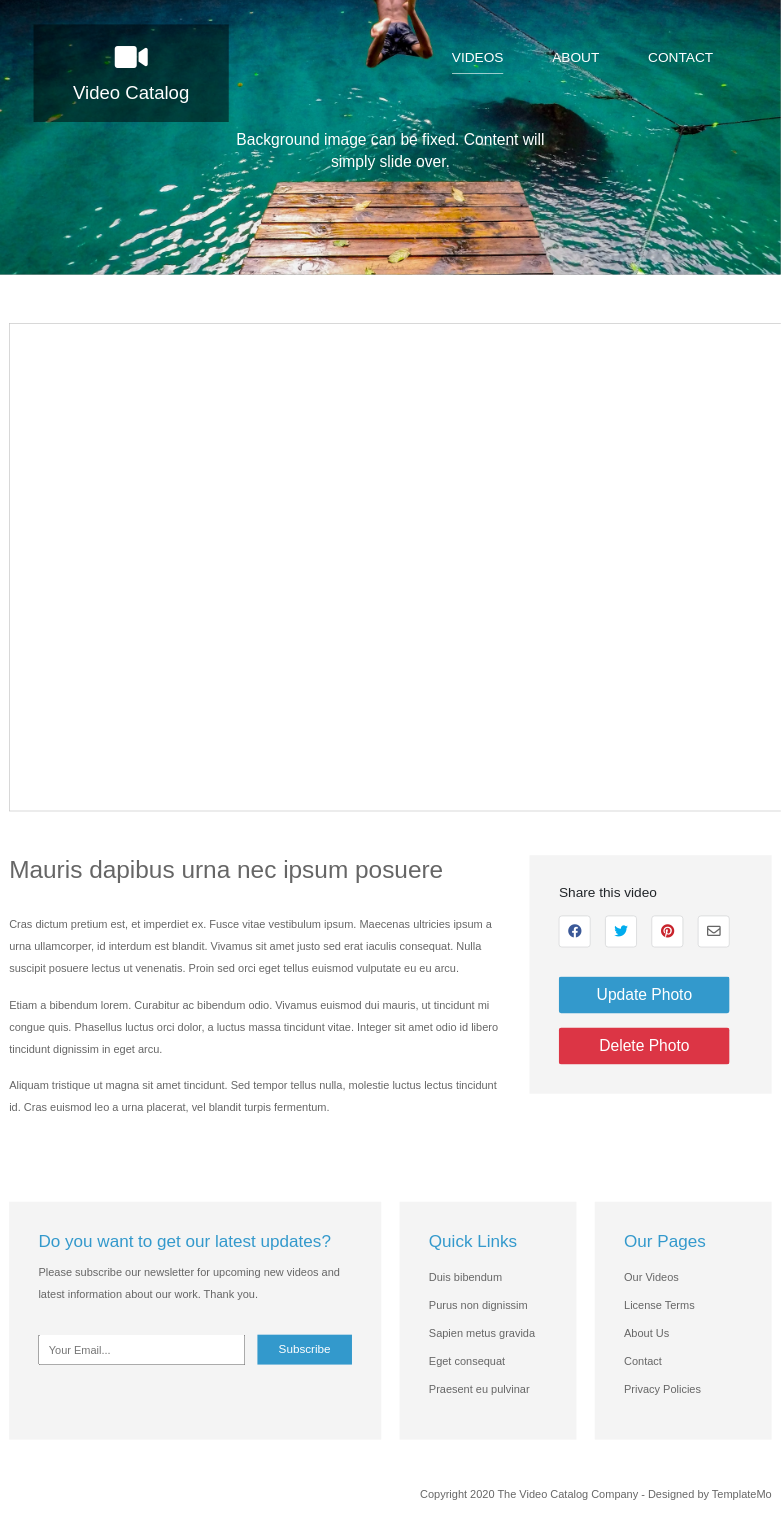
Repository: Marhamat92/PCAT-project-with-node-backend
Page: http://localhost/photo
These files come from the project's save history. The page is drawn as it stood at one moment and after the next save; the edit follows.
The browser window is 1280 px wide. The pictures show the whole page, at 61% of full size.
Backgrounds fixed to the window are drawn as part of the page. Some web fonts or font styles are not loaded; a fallback is used. The page is served by the project's Node server (app.js). Other server files are loaded and not shown.

Above is the page before, as saved 2023-02-21 19:44:53.

### views/photo.ejs
<%- include('partials/_header') %>

	<body>
		<div class="tm-page-wrap mx-auto">
			<div class="position-relative">
				<div class="potition-absolute tm-site-header">
					<div class="container-fluid position-relative">
						<div class="row">
							<div class="col-7 col-md-4">
								<a href="index.html" class="tm-bg-black text-center tm-logo-container">
									<i class="fas fa-video tm-site-logo mb-3"></i>
									<h1 class="tm-site-name">Video Catalog</h1>
								</a>
							</div>
							<div class="col-5 col-md-8 ml-auto mr-0">
								<div class="tm-site-nav">
									<nav class="navbar navbar-expand-lg mr-0 ml-auto" id="tm-main-nav">
										<button class="navbar-toggler tm-bg-black py-2 px-3 mr-0 ml-auto collapsed" type="button"
											data-toggle="collapse" data-target="#navbar-nav" aria-controls="navbar-nav" aria-expanded="false"
											aria-label="Toggle navigation">
											<span>
												<i class="fas fa-bars tm-menu-closed-icon"></i>
												<i class="fas fa-times tm-menu-opened-icon"></i>
											</span>
										</button>
										<div class="collapse navbar-collapse tm-nav" id="navbar-nav">
											<ul class="navbar-nav text-uppercase">
												<li class="nav-item active">
													<a class="nav-link tm-nav-link" href="index.html">Videos <span
															class="sr-only">(current)</span></a>
												</li>
												<li class="nav-item">
													<a class="nav-link tm-nav-link" href="about.html">About</a>
												</li>
												<li class="nav-item">
													<a class="nav-link tm-nav-link" href="contact.html">Contact</a>
												</li>
											</ul>
										</div>
									</nav>
								</div>
							</div>
						</div>
					</div>
				</div>
				<div class="tm-welcome-container tm-fixed-header tm-fixed-header-1">
					<div class="text-center">
						<p class="pt-5 px-3 tm-welcome-text tm-welcome-text-2 mb-1 text-white mx-auto">Background image can be
							fixed.
							Content will simply slide over.</p>
					</div>
				</div>

				<!-- Header image -->
				<div id="tm-fixed-header-bg"></div>
			</div>

			<!-- Page content -->
			<div class="container-fluid">
				<div class="mx-auto tm-content-container">
					<main>
						<div class="row mb-5 pb-4">
							<div class="col-12">
								<!-- Video player 1422x800 -->
								<img src="

							" width="1422" height="800" />


							</div>
						</div>
						<div class="row mb-5 pb-5">
							<div class="col-xl-8 col-lg-7">
								<!-- Video description -->
								<div class="tm-video-description-box">
									<h2 class="mb-5 tm-video-title">Mauris dapibus urna nec ipsum posuere</h2>
									<p class="mb-4">Cras dictum pretium est, et imperdiet ex. Fusce vitae vestibulum ipsum. Maecenas
										ultricies ipsum a urna ullamcorper, id interdum est blandit. Vivamus sit amet justo sed erat iaculis
										consequat. Nulla suscipit posuere lectus ut venenatis. Proin sed orci eget tellus euismod vulputate
										eu
										eu arcu.</p>
									<p class="mb-4">Etiam a bibendum lorem. Curabitur ac bibendum odio. Vivamus euismod dui mauris, ut
										tincidunt mi congue quis. Phasellus luctus orci dolor, a luctus massa tincidunt vitae. Integer sit
										amet odio id libero tincidunt dignissim in eget arcu.</p>
									<p class="mb-4">Aliquam tristique ut magna sit amet tincidunt. Sed tempor tellus nulla, molestie
										luctus
										lectus tincidunt id. Cras euismod leo a urna placerat, vel blandit turpis fermentum.</p>
								</div>
							</div>
							<div class="col-xl-4 col-lg-5">
								<!-- Share box -->
								<div class="tm-bg-gray tm-share-box">
									<h6 class="tm-share-box-title mb-4">Share this video</h6>
									<div class="mb-5 d-flex">
										<a href="" class="tm-bg-white tm-share-button"><i class="fab fa-facebook"></i></a>
										<a href="" class="tm-bg-white tm-share-button"><i class="fab fa-twitter"></i></a>
										<a href="" class="tm-bg-white tm-share-button"><i class="fab fa-pinterest"></i></a>
										<a href="" class="tm-bg-white tm-share-button"><i class="far fa-envelope"></i></a>
									</div>

									<div>
										<button class="btn btn-primary p-0 tm-btn-animate tm-btn-download tm-icon-download"><span>Update
												Photo</span></button>
										<button class="btn btn-danger p-0 mt-4 tm-btn-animate tm-btn-download tm-icon-download"><span>Delete
												Photo</span></button>
									</div>

								</div>
							</div>
						</div>

					</main>

					<!-- Subscribe form and footer links -->
					<div class="row mt-5 pt-3">
						<div class="col-xl-6 col-lg-12 mb-4">
							<div class="tm-bg-gray p-5 h-100">
								<h3 class="tm-text-primary mb-3">Do you want to get our latest updates?</h3>
								<p class="mb-5">Please subscribe our newsletter for upcoming new videos and latest information about our
									work. Thank you.</p>
								<form action="" method="GET" class="tm-subscribe-form">
									<input type="text" name="email" placeholder="Your Email..." required>
									<button type="submit" class="btn rounded-0 btn-primary tm-btn-small">Subscribe</button>
								</form>
							</div>
						</div>
						<div class="col-xl-3 col-lg-6 col-md-6 col-sm-6 col-12 mb-4">
							<div class="p-5 tm-bg-gray">
								<h3 class="tm-text-primary mb-4">Quick Links</h3>
								<ul class="list-unstyled tm-footer-links">
									<li><a href="#">Duis bibendum</a></li>
									<li><a href="#">Purus non dignissim</a></li>
									<li><a href="#">Sapien metus gravida</a></li>
									<li><a href="#">Eget consequat</a></li>
									<li><a href="#">Praesent eu pulvinar</a></li>
								</ul>
							</div>
						</div>
						<div class="col-xl-3 col-lg-6 col-md-6 col-sm-6 col-12 mb-4">
							<div class="p-5 tm-bg-gray h-100">
								<h3 class="tm-text-primary mb-4">Our Pages</h3>
								<ul class="list-unstyled tm-footer-links">
									<li><a href="#">Our Videos</a></li>
									<li><a href="#">License Terms</a></li>
									<li><a href="#">About Us</a></li>
									<li><a href="#">Contact</a></li>
									<li><a href="#">Privacy Policies</a></li>
								</ul>
							</div>
						</div>
					</div> <!-- row -->

					<footer class="row pt-5">
						<div class="col-12">
							<p class="text-right">Copyright 2020 The Video Catalog Company

								- Designed by <a href="https://templatemo.com" rel="nofollow" target="_parent">TemplateMo</a></p>
						</div>
					</footer>
				</div> <!-- .tm-content-container -->
			</div>
		</div>

		<script src="js/jquery-3.4.1.min.js"></script>
		<script src="js/bootstrap.min.js"></script>
		<script>
			$(document).ready(function () {
				$('.tm-likes-box').click(function (e) {
					e.preventDefault();
					$(this).toggleClass('tm-liked');

					if ($(this).hasClass('tm-liked')) {
						$('#tm-likes-count').html('486 likes');
					} else {
						$('#tm-likes-count').html('485 likes');
					}
				});
			});
		</script>
	</body>

	</html>

### views/partials/_header.ejs
<!DOCTYPE html>
<html lang="en">

<head>
  <meta charset="UTF-8">
  <meta name="viewport" content="width=device-width, initial-scale=1.0">
  <title>Video Catalog</title>
  <link rel="stylesheet" href="fontawesome/css/all.min.css"> <!-- https://fontawesome.com/ -->
  <link href="https://fonts.googleapis.com/css2?family=Source+Sans+Pro&display=swap" rel="stylesheet">
  <!-- https://fonts.google.com/ -->
  <link rel="stylesheet" href="css/bootstrap.min.css">
  <link rel="stylesheet" href="css/templatemo-video-catalog.css">
  <!--

TemplateMo 552 Video Catalog

https://templatemo.com/tm-552-video-catalog

-->
</head>

### public/css/templatemo-video-catalog.css
/*

TemplateMo 552 Video Catalog

https://templatemo.com/tm-552-video-catalog

*/

html { scroll-behavior: smooth; overflow-x: hidden; }

body {
    margin: 0;
    padding: 0;
    font-family: 'Source Sans Pro', sans-serif;
    font-size: 18px;
    line-height: 2em;
    overflow-x: hidden;
}

a {
    transition: all 0.3s ease;
    color: #666;
}

a:hover {
    color: #29BBCC;
    text-decoration: none;
}

h2, p { color: #666666; }

.tm-site-header {
    position: absolute;
    z-index: 1000;
    width: 100%;
    top: 0;
    left: 0;
    padding: 40px;
}

.tm-logo-container {
    display: block;
    padding: 30px;
    width: 320px;
    height: 160px;
}

.tm-site-logo { font-size: 3rem; }
.tm-site-name { font-size: 1.9rem; }

#tm-video-container {
    max-height: 720px;
    overflow: hidden;
    background-color: #333;
}

#tm-video {
    width: 100%;
    height: auto;
}

.tm-bg-black {
    background-color: rgba(0,0,0,0.5);
    color: white;
}

.tm-bg-gray { background-color: #F4F4F4; }
.tm-text-primary { color: #3399CC; }
.tm-text-secondary { color: #3CAFAF; }

.tm-nav-link {
    color: white;
    font-size: 1.4rem;
}

#tm-main-nav .nav-item .nav-link { border-bottom: 1px solid transparent; }

#tm-main-nav .nav-item.active .nav-link,
#tm-main-nav .nav-item:hover .nav-link {
    border-bottom: 1px solid white;
    color: white;
}

.tm-welcome-container {
    position: absolute;
    width: 100%;
    height: 100%;
    display: flex;
    justify-content: center;
    flex-direction: column;
    z-index: 999;
}

.tm-welcome-container-inner { margin-top: 100px; }
.tm-welcome-text { font-size: 1.6rem; }

.btn {
    padding: 15px 60px;
    font-size: 1.6rem;
    border: none;
    cursor: pointer;
}

.btn-primary { background-color: #3399CC; }
.btn-primary:hover { background-color: #1674a0; }

/*
    Button hover effect: https://tympanus.net/Development/CreativeButtons/
*/

.tm-btn-animate {
    position: relative;
    overflow: hidden;
    -webkit-backface-visibility: hidden;
    -moz-backface-visibility: hidden;
    backface-visibility: hidden;
    transition: all 0.3s ease;
}

.tm-btn-animate:before {
    left: 0;
    top: -100%;
    position: absolute;
    height: 100%;
    width: 100%;
    line-height: 2.5;
    -webkit-transition: all 0.3s;
    -moz-transition: all 0.3s;
    transition: all 0.3s;
    font-family: "Font Awesome 5 Free";
    font-style: normal;
    font-weight: 900;
    line-height: 1;
    -webkit-font-smoothing: antialiased;
}

.tm-btn-animate:after {
    content: '';
    position: absolute;
    z-index: -1;
    -webkit-transition: all 0.3s;
    -moz-transition: all 0.3s;
    transition: all 0.3s;
}

.tm-btn-animate:hover:before { top: 13px; }

.tm-btn-animate span {
    display: inline-block;
    width: 100%;
    height: 100%;
    -webkit-transition: all 0.3s;
    -webkit-backface-visibility: hidden;
    -moz-transition: all 0.3s;
    -moz-backface-visibility: hidden;
    transition: all 0.3s;
    backface-visibility: hidden;
}

.tm-btn-animate:hover span {
    -webkit-transform: translateY(300%);
    -moz-transform: translateY(300%);
    -ms-transform: translateY(300%);
    transform: translateY(300%);
}

.tm-btn-cta {
    color: white;
    background-color: rgba(0,0,0,0.5);
}

.tm-btn-cta:before { font-size: 180%; }
.tm-btn-download:before { font-size: 120%; }
.tm-btn-submit:before { font-size: 120%; }
.tm-icon-down:before { content: '\f078'; }
.tm-icon-download:before { content: '\f019'; }
.tm-icon-submit:before { content: '\f1d8'; }
.tm-icon-submit:hover:before { top: 18px; }
.tm-btn-cta:hover { color: white; }

.tm-btn-download:hover,
.tm-btn-download:focus,
.tm-btn-submit:hover,
.tm-btn-submit:focus {
    color: white;
    background-color: #3399CC;
}

.tm-btn-download span { padding-top: 10px; }
.tm-btn-small {
    padding: 10.5px 35px;
    font-size: 1.2rem;
}

#tm-video-control-button {
    position: absolute;
    bottom: 20px;
    right: 20px;
    z-index: 1000;
}

.tm-content-container {
    max-width: 1422px;
    padding-top: 80px;
    padding-bottom: 35px;
}

.tm-page-title { font-size: 2.5rem; }
.tm-catalog-item-list { justify-content: start; }

.tm-catalog-item {
    max-width: 462px;
    display: flex;
    flex-direction: column;
    margin-bottom: 64px;
}

.tm-thumbnail-container { overflow: hidden; }
.tm-thumbnail-container img { transition: all 0.3s ease; }
.tm-thumbnail-container:hover img { transform: scale(1.2) rotate(5deg); }

.tm-img-overlay {
    top: 0;
    left: 0;
    width: 100%;
    height: 100%;
    display: flex;
    align-items: center;
    justify-content: center;
    background-color: rgba(0,0,0,0.4);
    cursor: pointer;
    transition: all 0.3s ease: ;
}

.tm-overlay-icon {
    color: #a7a7a7;
    opacity: 1;
    font-size: 2rem;
    padding: 10px 15px;
    background-color: rgba(0,0,0,0.5);
    border-radius: 50%;
    width: 70px;
    height: 70px;
    display: flex;
    align-items: center;
    justify-content: center;
    padding-right: 8px;
    z-index: 1002;
    transition: all 0.3s ease;
}

.tm-img-overlay:hover { background-color: transparent; }
.tm-img-overlay:hover .tm-overlay-icon { opacity: 0; }
.tm-catalog-item-description { flex: 1; }

.tm-categories-container {
    display: flex;
    align-items: center;
}

.tm-categories-text { margin-right: 16px; }
.tm-category-list { font-size: 1.75rem; }
.tm-category-item { margin: 16px; }

.tm-category-link {
    color: #3399CC;
    padding: 10px;
    border-bottom: 3px solid transparent;
}

.tm-category-link.active,
.tm-category-link:hover {
    border-bottom: 3px solid #3399CC;
    color: #3399CC;
}

.tm-paging-link {
    background-color: #F4F4F4;
    margin-right: 12px;
    font-size: 1.5rem;
    width: 60px;
    height: 60px;
    display: flex;
    align-items: center;
    justify-content: center;
}

.nav-item.active > .tm-paging-link,
.nav-item:hover > .tm-paging-link {
    background-color: #CCC;
    color: #666666;
}

.tm-subscribe-form {
    display: flex;
    align-items: center;
}

.tm-subscribe-form > input {
    padding: 5px 15px;
    margin-right: 20px;
    flex: 1;
    max-width: 382px;
}

.tm-footer-links > li { margin-bottom: 10px; }

/*Video detail page*/

.tm-video-title { font-size: 2.5rem; }
.tm-share-box {
    font-size: 1.4rem;
    padding: 3rem;
}
.tm-share-box-title { font-size: 1.4rem; }

.tm-bg-white {
    background-color: white;
    border: 1px solid #CDCECF;
    border-radius: 5px;
}

.tm-share-button {
    width: 52px;
    height: 52px;
    display: flex;
    align-items: center;
    justify-content: center;
    margin-right: 24px;
}

.tm-share-button:last-child { margin-right: 0; }
.tm-text-link { color: #3399CC; }

.tm-likes-box,
.tm-btn-download {
    width: 280px;
    height: 60px;
}

.tm-likes-box { padding-top: 12px; }
.tm-video-description-box { max-width: 920px; }
.tm-text-gray { color: #6F7071; }

.tm-fixed-header {
    background-position: center;
    background-repeat: no-repeat;
    background-attachment: fixed;
    background-size: cover;
    background-color: #666;
}

#tm-fixed-header-bg { height: 450px; }
.tm-fixed-header-1 { background-image: url(../img/video-detail-1.jpg); }
.tm-fixed-header-2 { background-image: url(../img/about-1.jpg); }
.tm-fixed-header-3 { background-image: url(../img/contact-1.jpg); }

video {
  width: 100%;
  height: auto;
}

.fa-facebook { color: #3b5998; }
.fa-twitter { color: #00acee; }
.fa-pinterest { color: #c8232c; }
.tm-liked-icon { display: none; }
.tm-not-liked-icon { display: inline-block; }
.tm-liked-icon, .tm-not-liked-icon { margin-top: 3px; }
.tm-liked .tm-liked-icon { display: inline-block; }
.tm-liked .tm-not-liked-icon { display: none; }
.tm-welcome-text-2 { max-width: 575px; }
.tm-share-button:hover { background-color: #e9ecef; }

/*About*/
.tm-about-text-container { max-width: 920px; }

.parallax-window {
    min-height: 270px;
    background: transparent;
}

.parallax-window-2 {
    min-height: 360px;
}

.tm-about-icon {
    color: #999;
}

/* Contact */
.mapouter{
    position:relative;
    text-align:right;
    height:540px;
    width:100%;
}

.gmap_canvas {
    overflow:hidden;
    background:none!important;
    height:540px;
    width:100%;
}

.form-control {
    font-size: 1.2rem;
    padding: 21px 25px;
}

.form-group {
    margin-bottom: 35px;
}

#contact-select {
    height: 60px;
    border-radius: 0;
}

#contact-select:not([multiple]) {
  -webkit-appearance: none;
  -moz-appearance: none;
  background-position: right 15px center;
  background-repeat: no-repeat;
  background-image: url(../img/select-arrow.png);
  padding: 14px 20px;
  padding-right: 20px;
  color: #666;
}
.tm-testimonial-text {
    max-width: 420px;
    font-style: italic;
}

@media (min-width: 992px) {
    #tm-main-nav .nav-item { margin: 20px 40px; }
    .navbar-expand-lg .navbar-nav .nav-link { padding: 8px 0px; }
    .navbar-expand-lg .navbar-collapse { justify-content: flex-end; }
}

@media (max-width: 1419px) {
    .tm-catalog-item { margin-bottom: 30px; }
}

@media (max-width: 991px) {
    .navbar {
        max-width: 220px;
        position: absolute;
        top: 0;
        right: 0;
        padding: 0;
    }

    .navbar-collapse {
        background-color: rgba(0,0,0,0.5);
        border-radius: 5px;
        border-top-right-radius: 0;
        padding: 10px 15px;
    }

    .nav-item { margin-bottom: 10px; }

    .navbar-toggler {
        border-bottom-left-radius: 0;
        border-bottom-right-radius: 0;
        width: 52px;
        height: 40px;
    }

    .navbar-toggler.collapsed {
        border-bottom-left-radius: .25rem;
        border-bottom-right-radius: .25rem;
    }

    .navbar-toggler i.tm-menu-opened-icon { display: block; }
    .navbar-toggler i.tm-menu-closed-icon { display: none; }
    .navbar-toggler.collapsed i.tm-menu-opened-icon { display: none; }
    .navbar-toggler.collapsed i.tm-menu-closed-icon { display: block; }
    .tm-welcome-container-inner { margin-top: 150px; }
    .tm-welcome-text { font-size: 1.4rem; }

    #tm-video {
        width: 888px;
        height: 500px;
    }

    .tm-logo-container {
        height: 160px;
        width: 250px;
    }

    .tm-site-header { padding: 20px; }
    .tm-catalog-item-list { max-width: 924px; }
    .tm-share-box { max-width: 400px; }
}

@media (max-width: 879px) {
    .tm-categories-container {
        flex-direction: column;
        align-items: flex-start;
    }
}

@media (max-width: 640px) {
    .tm-subscribe-form {
        flex-direction: column;
        align-items: stretch;
    }

    .tm-subscribe-form > input {
       max-width: 100%;
    }

    .tm-subscribe-form input {
        margin-right: 0;
        margin-bottom: 15px;
    }

    .tm-share-box {
        padding-left: 1.5rem;
        padding-right: 1.5rem;
    }
}

@media (max-width: 419px) {
    .tm-testimonial {
        flex-direction: column;
    }
}

### views/partials/_navigation.ejs
<div class="position-absolute tm-site-header">
  <div class="container-fluid position-relative">
    <div class="row">
      <div class="col-7 col-md-4">
        <a href="/" class="tm-bg-black text-center tm-logo-container">
          <i class="fas fa-video tm-site-logo mb-3"></i>
          <h1 class="tm-site-name">PCAT</h1>
        </a>
      </div>
      <div class="col-5 col-md-8 ml-auto mr-0">
        <div class="tm-site-nav">
          <nav class="navbar navbar-expand-lg mr-0 ml-auto" id="tm-main-nav">
            <button class="navbar-toggler tm-bg-black py-2 px-3 mr-0 ml-auto collapsed" type="button"
              data-toggle="collapse" data-target="#navbar-nav" aria-controls="navbar-nav" aria-expanded="false"
              aria-label="Toggle navigation">
              <span>
                <i class="fas fa-bars tm-menu-closed-icon"></i>
                <i class="fas fa-times tm-menu-opened-icon"></i>
              </span>
            </button>
            <div class="collapse navbar-collapse tm-nav" id="navbar-nav">
              <ul class="navbar-nav text-uppercase">
                <li class="nav-item active">
                  <a class="nav-link tm-nav-link" href="/">Videos <span class="sr-only">(current)</span></a>
                </li>
                <li class="nav-item">
                  <a class="nav-link tm-nav-link" href="/about">About</a>
                </li>
                <li class="nav-item">
                  <a class="nav-link tm-nav-link" href="/add">Add Photo</a>
                </li>
              </ul>
            </div>
          </nav>
        </div>
      </div>
    </div>
  </div>
</div>

Loaded but not shown: public/fontawesome/css/all.min.css (library); public/css/bootstrap.min.css (library); public/js/jquery-3.4.1.min.js (library); public/js/bootstrap.min.js (library); app.js (59 lines, source omitted)

After the next save:
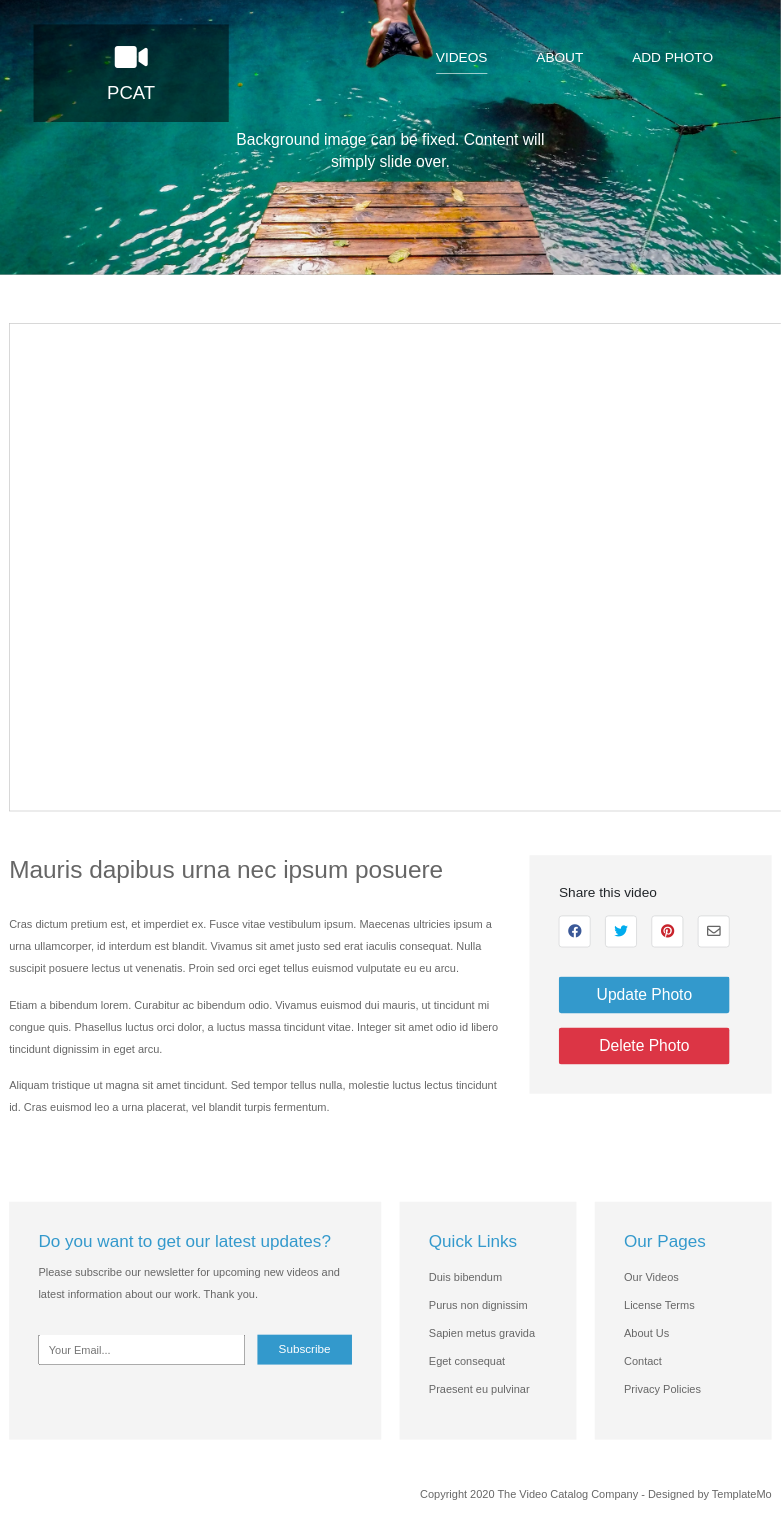
Saved 43 s later.
--- a/views/photo.ejs
+++ b/views/photo.ejs
@@ -3,56 +3,17 @@
 	<body>
 		<div class="tm-page-wrap mx-auto">
 			<div class="position-relative">
-				<div class="potition-absolute tm-site-header">
-					<div class="container-fluid position-relative">
-						<div class="row">
-							<div class="col-7 col-md-4">
-								<a href="index.html" class="tm-bg-black text-center tm-logo-container">
-									<i class="fas fa-video tm-site-logo mb-3"></i>
-									<h1 class="tm-site-name">Video Catalog</h1>
-								</a>
-							</div>
-							<div class="col-5 col-md-8 ml-auto mr-0">
-								<div class="tm-site-nav">
-									<nav class="navbar navbar-expand-lg mr-0 ml-auto" id="tm-main-nav">
-										<button class="navbar-toggler tm-bg-black py-2 px-3 mr-0 ml-auto collapsed" type="button"
-											data-toggle="collapse" data-target="#navbar-nav" aria-controls="navbar-nav" aria-expanded="false"
-											aria-label="Toggle navigation">
-											<span>
-												<i class="fas fa-bars tm-menu-closed-icon"></i>
-												<i class="fas fa-times tm-menu-opened-icon"></i>
-											</span>
-										</button>
-										<div class="collapse navbar-collapse tm-nav" id="navbar-nav">
-											<ul class="navbar-nav text-uppercase">
-												<li class="nav-item active">
-													<a class="nav-link tm-nav-link" href="index.html">Videos <span
-															class="sr-only">(current)</span></a>
-												</li>
-												<li class="nav-item">
-													<a class="nav-link tm-nav-link" href="about.html">About</a>
-												</li>
-												<li class="nav-item">
-													<a class="nav-link tm-nav-link" href="contact.html">Contact</a>
-												</li>
-											</ul>
-										</div>
-									</nav>
-								</div>
-							</div>
+				<%- include('partials/_navigation') %>
+					<div class="tm-welcome-container tm-fixed-header tm-fixed-header-1">
+						<div class="text-center">
+							<p class="pt-5 px-3 tm-welcome-text tm-welcome-text-2 mb-1 text-white mx-auto">Background image can be
+								fixed.
+								Content will simply slide over.</p>
 						</div>
 					</div>
-				</div>
-				<div class="tm-welcome-container tm-fixed-header tm-fixed-header-1">
-					<div class="text-center">
-						<p class="pt-5 px-3 tm-welcome-text tm-welcome-text-2 mb-1 text-white mx-auto">Background image can be
-							fixed.
-							Content will simply slide over.</p>
-					</div>
-				</div>
 
-				<!-- Header image -->
-				<div id="tm-fixed-header-bg"></div>
+					<!-- Header image -->
+					<div id="tm-fixed-header-bg"></div>
 			</div>
 
 			<!-- Page content -->
